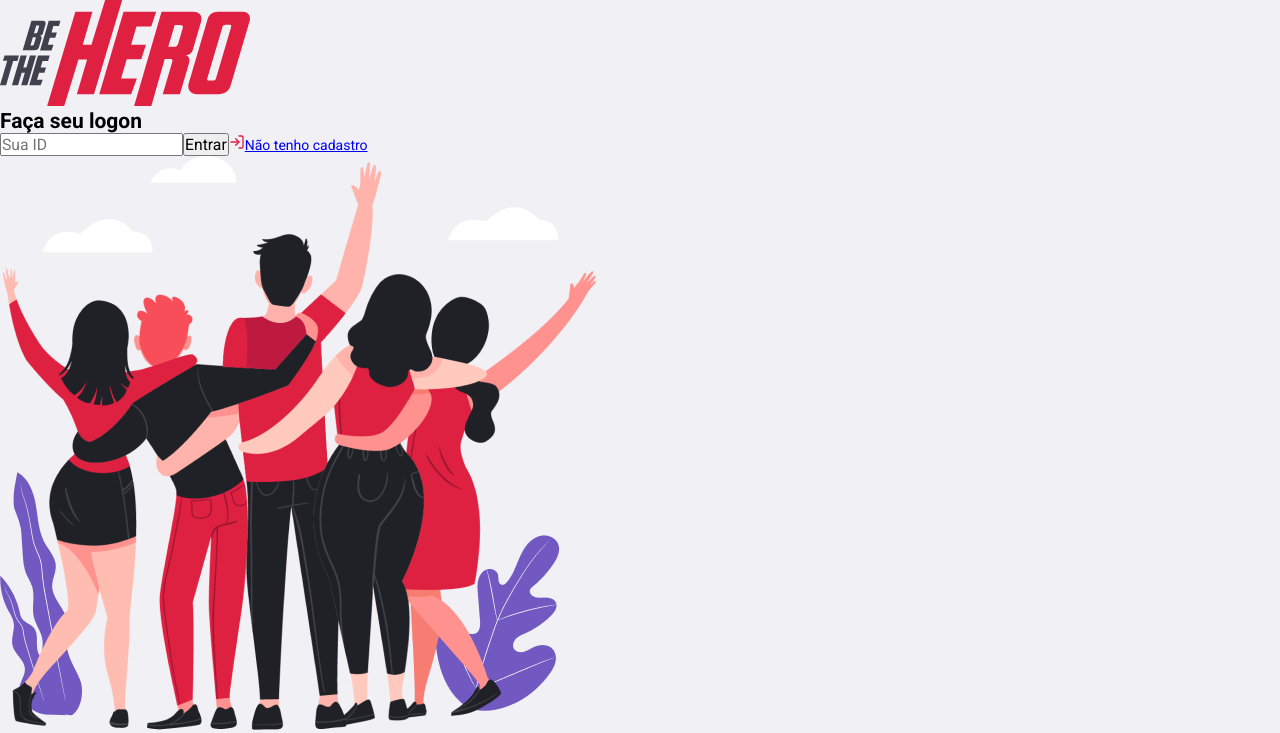
Repository: lucas-silva-dev/be-the-hero
Page: / (app in frontend/)
An editor plug-in stored every save of this project. The page is shown before and after the next save, followed by the edit.
The browser window is 1280 px wide. The pictures show the whole page.
The project was rebuilt for these pictures with package versions that can differ from the ones it lists, and the page was loaded fresh each time.

Above is the page before, as saved 2020-03-25 22:06:41.

### frontend/public/index.html
<!DOCTYPE html>
<html lang="en">

<head>
  <meta charset="utf-8" />
  <!-- <link rel="icon" href="%PUBLIC_URL%/favicon.ico" /> -->
  <meta name="viewport" content="width=device-width, initial-scale=1" />
  <meta name="theme-color" content="#000000" />

  <title>Be The Hero</title>
</head>

<body>
  <noscript>You need to enable JavaScript to run this app.</noscript>
  <div id="root"></div>

</body>

</html>

### frontend/src/App.js
import React from 'react';

import './global.css'

import Logon from './pages/Logon'

function App() {
  return (
    <Logon />
  );
}

export default App;

### frontend/src/global.css
@import url("https://fonts.googleapis.com/css?family=Roboto:400,500,700&display=swap");

* {
  margin: 0;
  padding: 0;
  outline: 0;
  box-sizing: border-box;
}

body {
  font: 400 0.875em Roboto, sans-serif;
  background: #f0f0f5;
  -webkit-font-smothing: antialiased;
}

input,
button,
textarea {
  font: 400 1.125em Roboto, sans-serif;
}

button {
  cursor: pointer;
}

### frontend/src/pages/Logon/index.js
import React from 'react';
import { FiLogIn } from 'react-icons/fi';

import './styles.css'

import logoImg from '../../assets/logo.svg'
import heroesImg from '../../assets/heroes.png'

export default function Logon() {
  return (
    <div className="logon-container">
      <section className="form">
        <img src={logoImg} alt="Be The Hero Logo" />

        <form action="">
          <h1>Faça seu logon</h1>

          <input placeholder="Sua ID" />
          <button type="submit">Entrar</button>

          <a href="/register">
            <FiLogIn size={16} color="#E02041" />
            Não tenho cadastro
          </a>
        </form>
      </section>

      <img src={heroesImg} alt="Heroes" />
    </div>
  );
}

### frontend/src/pages/Logon/styles.css
.logon-container {
}

Loaded but not shown: frontend/src/index.js (common file)

After the next save:
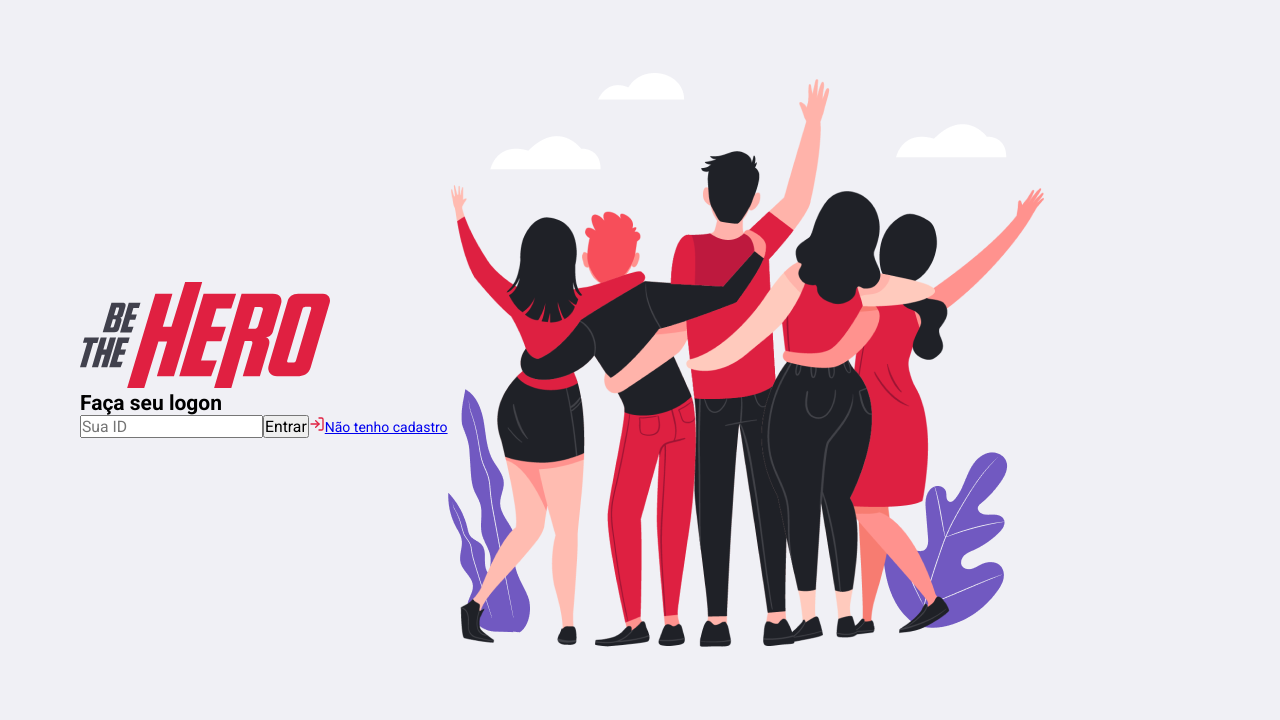
Saved 103 s later.
--- a/frontend/src/pages/Logon/styles.css
+++ b/frontend/src/pages/Logon/styles.css
@@ -1,2 +1,9 @@
 .logon-container {
+  width: 100%;
+  max-width: 1120px;
+  height: 100vh;
+  margin: 0 auto;
+
+  display: flex;
+  align-items: center;
 }
